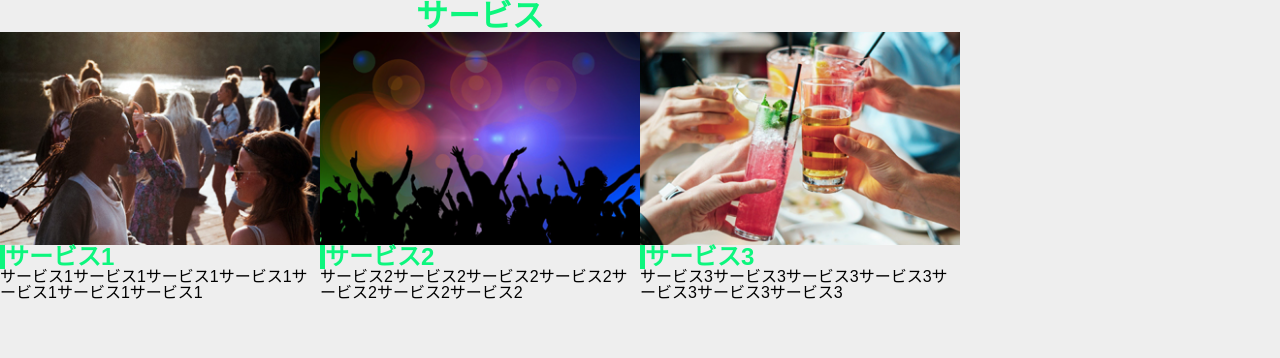
Repository: sonoyama01/dezasuta
Page: 第３回課題/work2/index.html
The author's editor kept a copy of each file at every save. The page is drawn from the files as they stood at one save, then again after the next save.
The browser window is 1280 px wide. The pictures show the whole page.

Above is the page before, as saved 2024-04-27 23:00:39.

### 第３回課題/work2/index.html
<!DOCTYPE html>
<html lang="ja">

<head>
    <meta charset="UTF-8">
    <meta name="viewport" content="width=device-width, initial-scale=1.0">
    <title>第3回課題work2</title>
    <link rel="stylesheet" href="./css/reset.css">
    <link rel="stylesheet" href="./css/style.css">
</head>

<body>
    <h1>サービス</h1>
    <div class="box">
        <div>
            <img src="./images/main_1.jpg" alt="">
            <h2>サービス1</h2>
            <p>サービス1サービス1サービス1サービス1サービス1サービス1サービス1</p>
        </div>

        <div>
            <img src="./images/main_2.png" alt="">
            <h2>サービス2</h2>
            <p>サービス2サービス2サービス2サービス2サービス2サービス2サービス2</p>
        </div>

        <div>
            <img src="./images/main_3.png" alt="">
            <h2>サービス3</h2>
            <p>サービス3サービス3サービス3サービス3サービス3サービス3サービス3</p>
        </div>
    </div>

</body>

</html>

### 第３回課題/work2/css/reset.css
@charset "utf-8";

/* cssリセット */

/*利用するタグによってこちらの内容は増やす*/

html,
body,
h1,
h2,
h3,
p,
dl,
dt,
dd,
ul,
li {
  margin: 0;
  padding: 0;
  line-height: 1;
  /*デフォルトの文字色、font-familyを予め当てておく*/
  color: #000;
  font-family: "游ゴシック体", YuGothic, "游ゴシック", "Yu Gothic", "メイリオ",
    "Hiragino Kaku Gothic ProN", "Hiragino Sans", sans-serif;
}

a {
  /*下線を消す*/
  text-decoration: none;
  /*色を消す*/
  color: inherit;
}

ul {
  /*左の「・」を消す*/
  list-style: none;
}

img {
  max-width: 100%;
  vertical-align: bottom;
  border: none;
}

### 第３回課題/work2/css/style.css
@charset "utf-8";

body {
  width: 960px;
  background-color: #eeeeee;
}
h1 {
  text-align: center;
  color: rgb(12, 246, 125);
  padding: 30px auto;
}

h2 {
  color: rgb(12, 246, 125);
  border-left: 5px solid rgb(12, 246, 125);
}
.box {
  display: flex;
  justify-content: space-between;
}

After the next save:
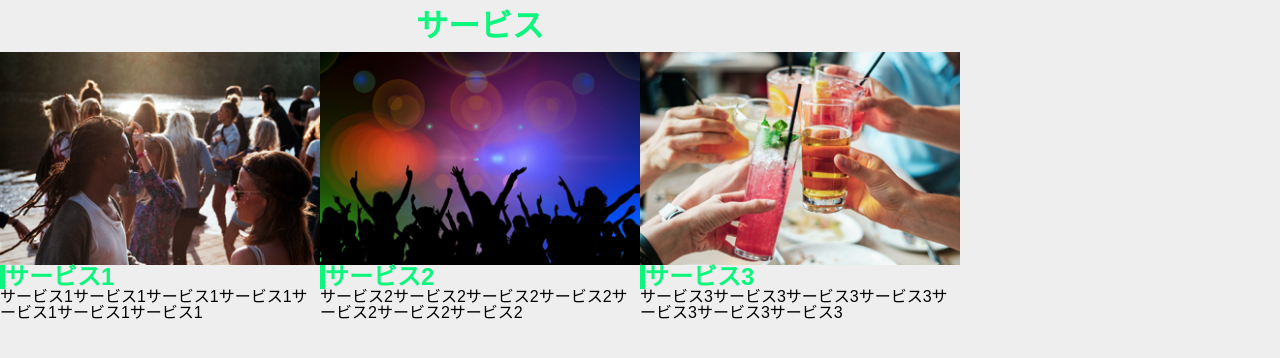
Saved 37 s later.
--- a/第３回課題/work2/css/style.css
+++ b/第３回課題/work2/css/style.css
@@ -7,7 +7,8 @@ body {
 h1 {
   text-align: center;
   color: rgb(12, 246, 125);
-  padding: 30px auto;
+  margin: 10px auto;
+  padding: 0px auto;
 }
 
 h2 {
